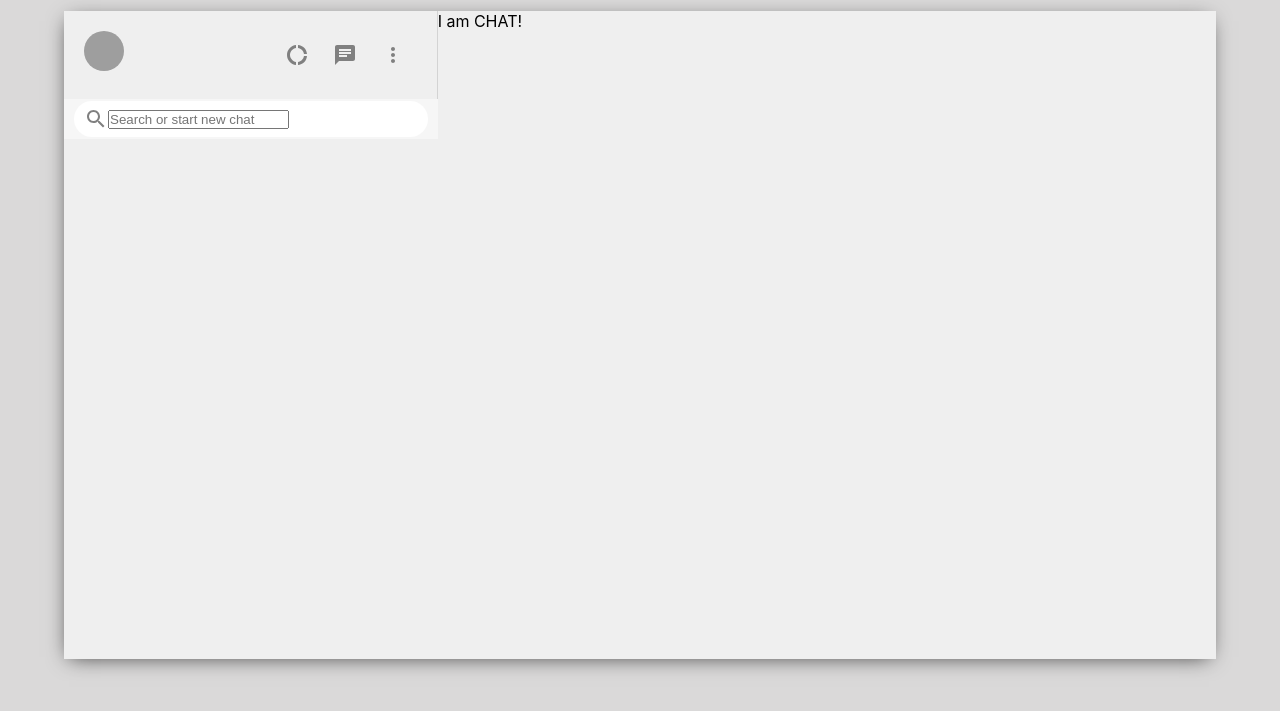
Repository: BogoGit/clone-whatsapp
Page: / (app in whatsapp-front/)
An editor plug-in stored every save of this project. The page is shown before and after the next save, followed by the edit.
The browser window is 1280 px wide. The pictures show the whole page.
Pictures or frames that could not be fetched are drawn as grey boxes. The project was rebuilt for these pictures with package versions that can differ from the ones it lists, and the page was loaded fresh each time.

Above is the page before, as saved 2020-11-18 17:09:26.

After the next save:
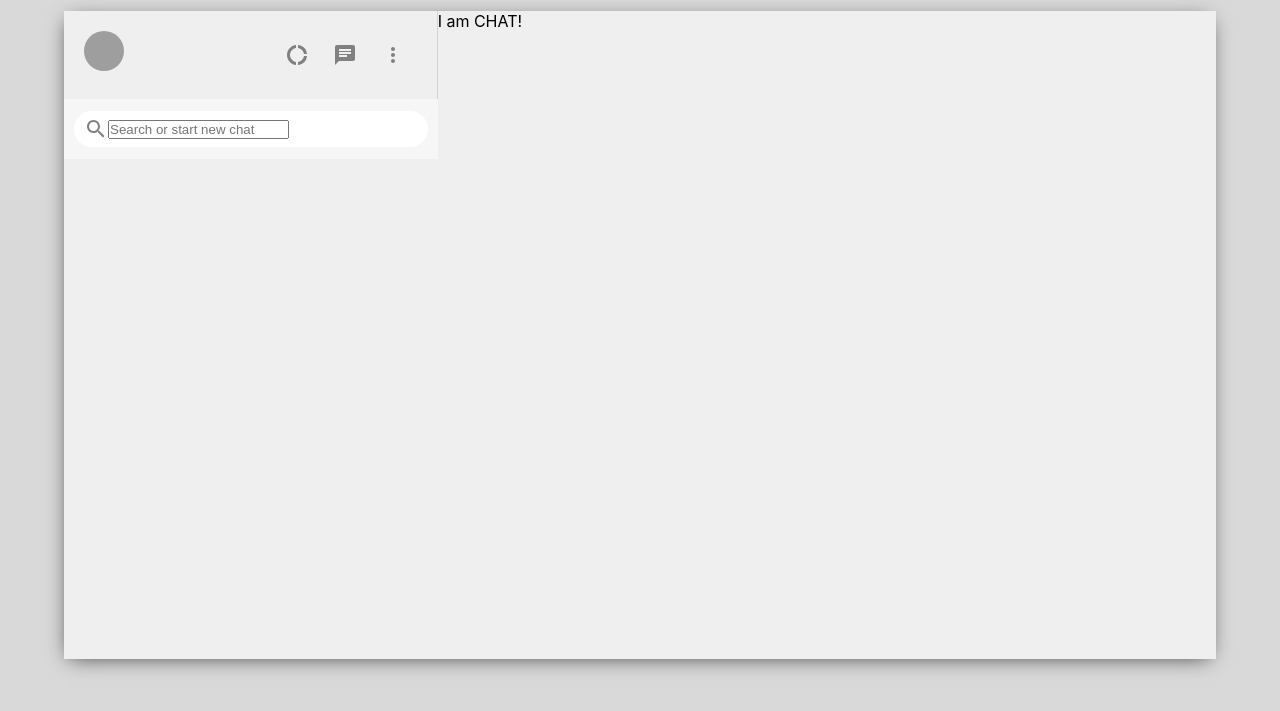
Saved 43 s later.
--- a/whatsapp-front/src/Components/Sidebar.css
+++ b/whatsapp-front/src/Components/Sidebar.css
@@ -28,7 +28,7 @@
 	align-items: center;
 	background-color: #f6f6f6;
 	height: 4rem;
-	padding: 1rem;
+	padding: 3rem 1rem;
 }
 
 .sidebar__searchContainer {
